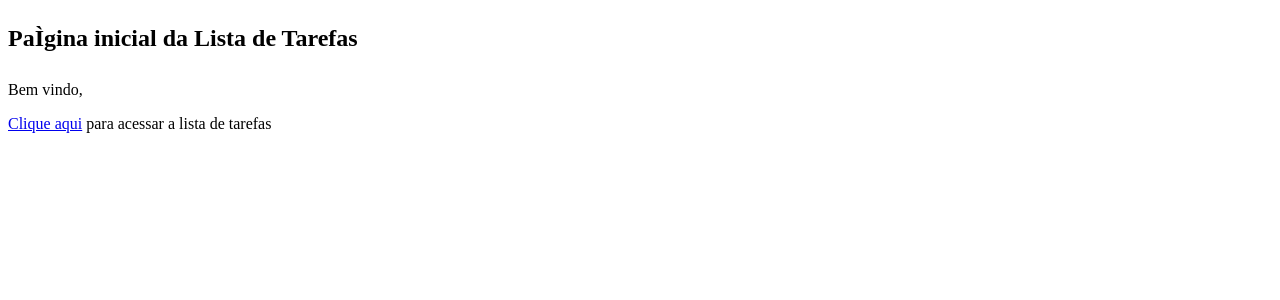
Repository: engcarlosrosa/ChatInsper
Page: http://localhost/handout15/WEB-INF/views/menu.jsp
The author's editor kept a copy of each file at every save. The page is drawn from the files as they stood at one save, then again after the next save.
The browser window is 1280 px wide. The pictures show the whole page.
The page is served by Tomcat 9. Nobody is signed in. Other server files are loaded and not shown. The template is opened directly, without the code that normally fills it, so the values that code supplies are empty.

Above is the page before, as saved 2016-10-27 21:41:00.

### handout15/WebContent/WEB-INF/views/menu.jsp
<%@ page language="java" contentType="text/html; charset=ISO-8859-1"
    pageEncoding="ISO-8859-1"%>
<!DOCTYPE html PUBLIC "-//W3C//DTD HTML 4.01 Transitional//EN" "http://www.w3.org/TR/html4/loose.dtd">
<html>
<head>
<meta http-equiv="Content-Type" content="text/html; charset=ISO-8859-1">
<title>Insert title here</title>
</head>
<body>
    <h2>Página inicial da Lista de Tarefas</h2>
    <p>Bem vindo, ${usuarioLogado}</p>
    <a href="listaTarefas">Clique aqui</a> para acessar a lista de tarefas
</body>
</html>

After the next save:
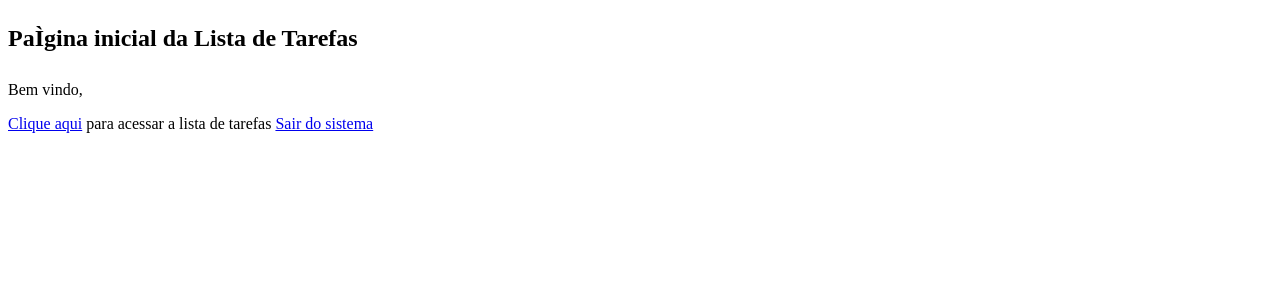
Saved 32 s later.
--- a/handout15/WebContent/WEB-INF/views/menu.jsp
+++ b/handout15/WebContent/WEB-INF/views/menu.jsp
@@ -10,5 +10,6 @@
     <h2>Página inicial da Lista de Tarefas</h2>
     <p>Bem vindo, ${usuarioLogado}</p>
     <a href="listaTarefas">Clique aqui</a> para acessar a lista de tarefas
+    <a href="logout">Sair do sistema</a>
 </body>
 </html>
